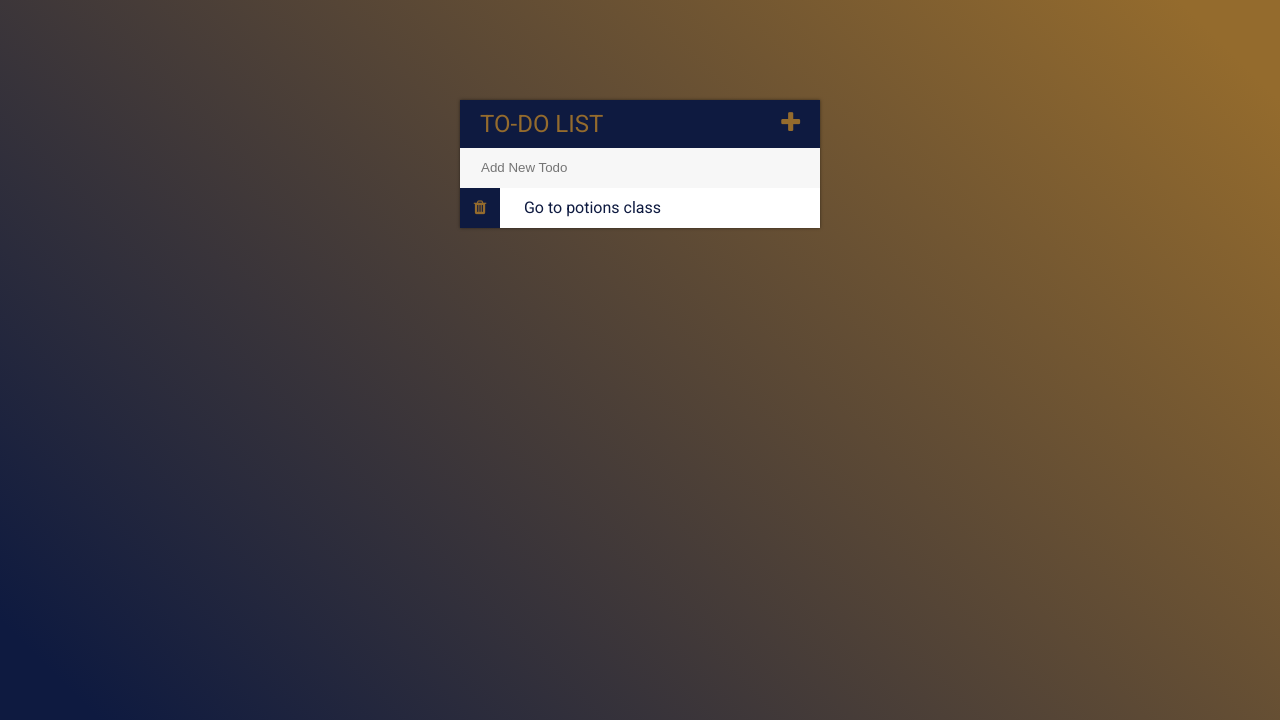
Repository: chrisYoder/Ravenclaw_Todo_List
Page: index.html
The author's editor kept a record of every edit. The page is drawn from the files as they stood at one moment, then again after the next edit.
The browser window is 1280 px wide. The pictures show the whole page.
Some web libraries are served in a nearby version.

Above is the page before.

### index.html
<!DOCTYPE html>
<html>
  <head>
    <meta name="viewport" content="width=device-width, height=device-height, initial-scale=1">
    <title>Todo List</title>
    <script type="text/javascript" src="assets/js/lib/jquery-3.3.1.min.js"></script>
    <link rel="stylesheet" href="assets/css/styles.css" type="text/css" />
    <link href="https://fonts.googleapis.com/css?family=Roboto" rel="stylesheet">
    <!--<link rel="stylesheet" href="https://use.fontawesome.com/releases/v4.4.0/css/all.css" integrity="sha384-50oBUHEmvpQ+1lW4y57PTFmhCaXp0ML5d60M1M7uH2+nqUivzIebhndOJK28anvf" crossorigin="anonymous">-->
    <link rel="stylesheet" href="https://cdnjs.cloudflare.com/ajax/libs/font-awesome/4.4.0/css/font-awesome.min.css" type="text/css" />

  </head>

  <body>
    <div id='container'>
      <h1>To-do List<i class='fa fa-plus'></i></h1>
      <input type='text' placeholder='Add New Todo'>

      <ul>
        <li><span><i class="fa fa-trash"></i></span> Go to potions class</li>

      </ul>
    </div>




    <script type="text/javascript" src="assets/js/todo.js"></script>
  </body>
</html>

### assets/css/styles.css
:root{
  --bronze: rgb(148,107,45);
  --blue: rgb(14,26,64);
}

body{
  font-family: 'Roboto';


}

body{
  background: -webkit-linear-gradient(45deg, var(--blue) 5%, var(--bronze) 95%);
  background-attachment: fixed;
  background-repeat: no-repeat;
  height: 100%;
  margin: 0;
}

#container{
    width: 360px;
    margin: 100px auto;
    background: #f7f7f7;
    color: var(--blue);
    box-shadow: 0 0 3px rgba(0,0,0,0.5);

}

    h1{
      background: var(--blue);
      color: var(--bronze);
      margin: 0;
      padding: 10px 20px;
      text-transform: uppercase;
      font-size: 24px;
      font-weight: normal;
    }

    .fa-plus{
      float: right;
    }

    input[type='text']{
      width: 100%;
      padding: 7px 7px 7px 21px;
      margin: 0px;
      border: none;
      background: none;
      height: 40px;
      line-height: 40px;
      color: var(--blue);
      box-sizing: border-box;
    }

    input:focus{
      background: #fff;
      border: 3px solid var(--bronze);
      outline: none;
    }

    ul {
      list-style: none;
      margin: 0;
      padding: 0;
    }

    li {
      background: #fff;
      height: 40px;
      line-height: 40px;
    }

    li:nth-child(even){
      background: rgba(93,93,93, 0.25);
    }

    .completed{
      color: var(--bronze);
      text-decoration: line-through;
    }

    span {
      background: var(--blue);
      color: var(--bronze);
      height: 40px;
      margin-right: 20px;
      text-align: center;
      width: 40px;
      display: inline-block;
    }

### assets/js/todo.js
/*strike through specific todos*/

$('ul').on('click', 'li', function(){
  $(this).toggleClass('completed');
});

//listen for clicks on x

$('ul').on('click', 'span', function(e){
  $(this).parent().fadeOut(500, function(){
    $(this).remove();
  });
  e.stopPropagation();
});

//new item function

$("input[type='text']").on('keypress', function(e){
  if(e.keyCode === 13){
    let value = $(this).val();
    $('ul').append(`<li><span><i class="fa fa-trash"></i></span> ${value} </li>`);
    $(this).val('');
  }
});

Loaded but not shown: assets/js/lib/jquery-3.3.1.min.js (library)

After the next edit:
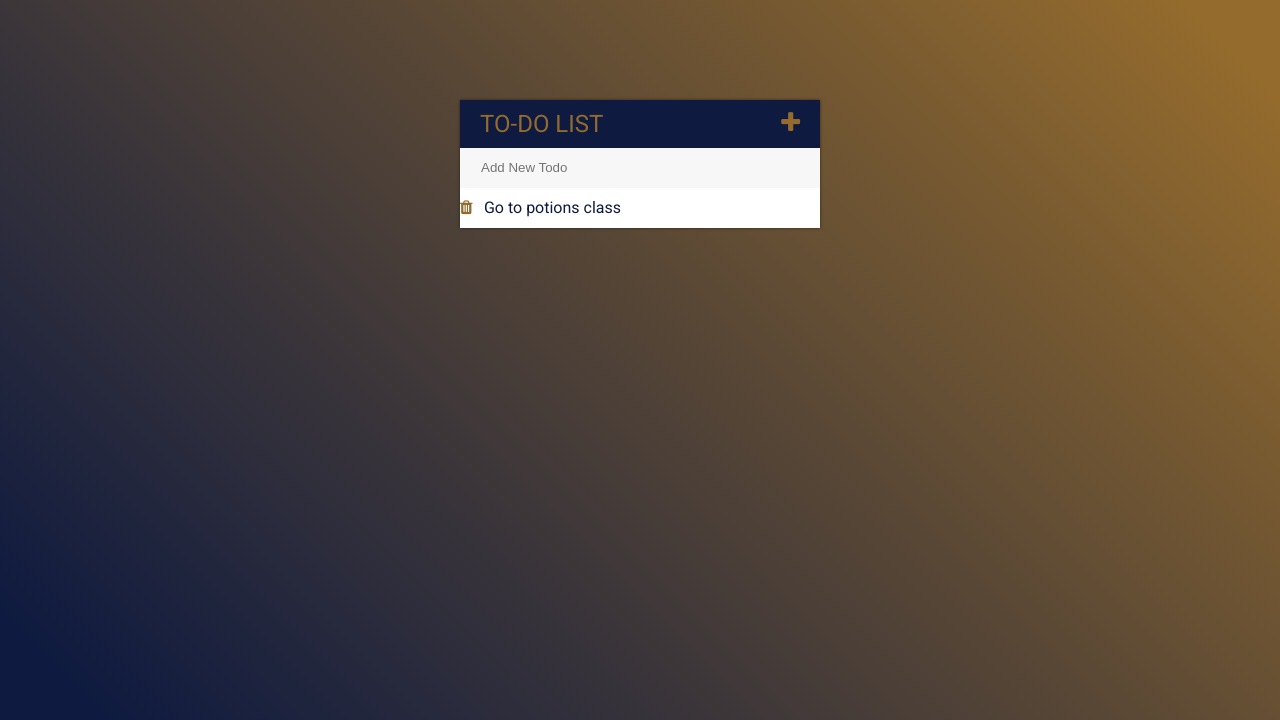
The edit:
--- a/assets/css/styles.css
+++ b/assets/css/styles.css
@@ -85,6 +85,6 @@
       height: 40px;
       margin-right: 20px;
       text-align: center;
-      width: 40px;
+      width: 0;
       display: inline-block;
     }
